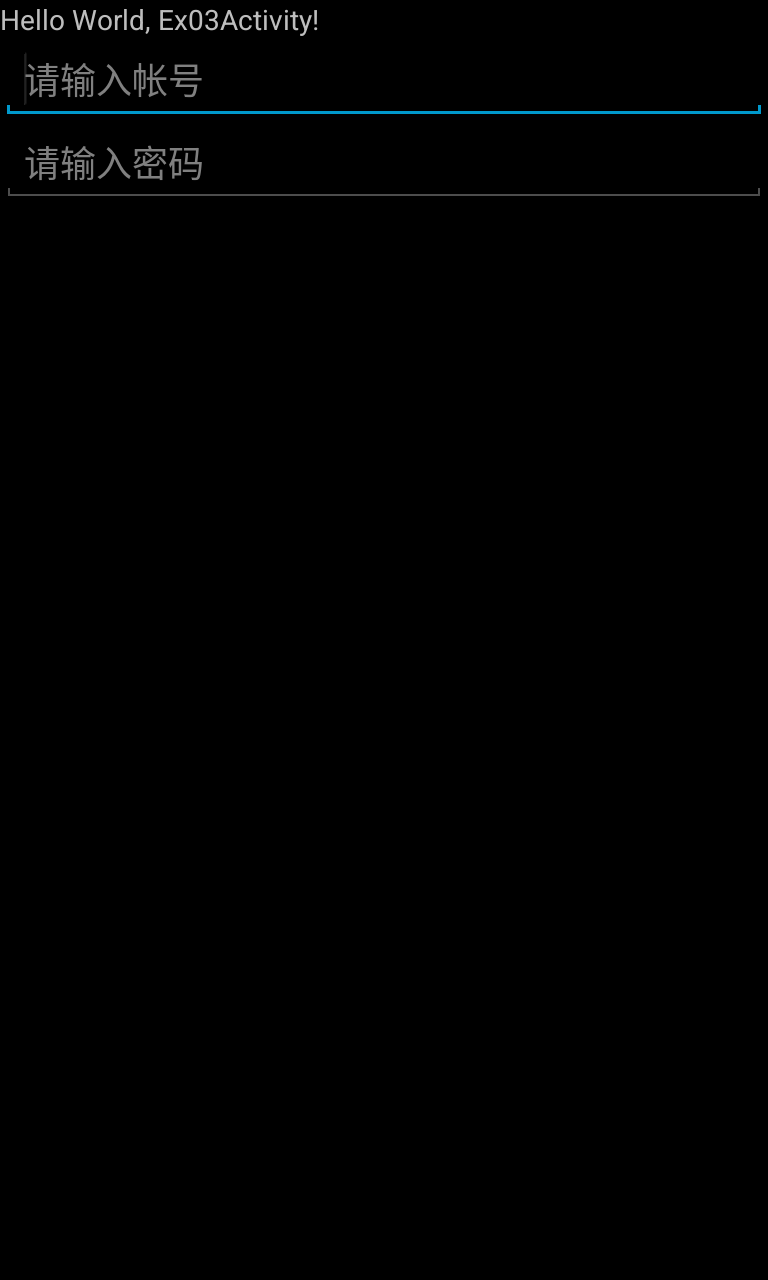
Repository: oldherokingsley/android_homework
Layout: Ex03/res/layout/main.xml
An editor plug-in stored every save of this project. The layout is shown before and after the next save, followed by the edit.
It is drawn on a 768 x 1280 px phone screen (xhdpi) without system bars, with theme android:Theme.Holo; the app's code is not run.

Above is the layout before, as saved 2012-10-16 09:43:02.

### Ex03/res/layout/main.xml
<?xml version="1.0" encoding="utf-8"?>
<LinearLayout xmlns:android="http://schemas.android.com/apk/res/android"
    android:layout_width="fill_parent"
    android:layout_height="fill_parent"
    android:orientation="vertical" >

    <TextView
        android:layout_width="fill_parent"
        android:layout_height="wrap_content"
        android:text="@string/hello"
        android:id="@+id/text"    />

    <EditText
        android:id="@+id/editText1"
        android:layout_width="match_parent"
        android:layout_height="wrap_content"
        android:ems="10"
        android:inputType="textPersonName"
        android:hint="请输入帐号">

        <requestFocus />
    </EditText>

    <EditText
        android:id="@+id/editText2"
        android:layout_width="match_parent"
        android:layout_height="wrap_content"
        android:ems="10"
        android:inputType="textPassword"
        android:hint="请输入密码"/>

    <LinearLayout
        android:layout_width="match_parent"
        android:layout_height="wrap_content" >

        <ImageButton
            android:id="@+id/imageButton1"
            android:layout_width="164dp"
            android:layout_height="65 px"
            android:src="@android:drawable/btn_star"
            android:onClick="iamgeButtonClick" />

        <Button
            android:id="@+id/button2"
            android:layout_width="match_parent"
            android:layout_height="65 px"
            android:text="重置"
            android:onClick="cleanBtnClick"/>

    </LinearLayout>

</LinearLayout>

### Ex03/res/values/strings.xml
<?xml version="1.0" encoding="utf-8"?>
<resources>

    <string name="hello">Hello World, Ex03Activity!</string>
    <string name="app_name">Ex03</string>

</resources>

After the next save:
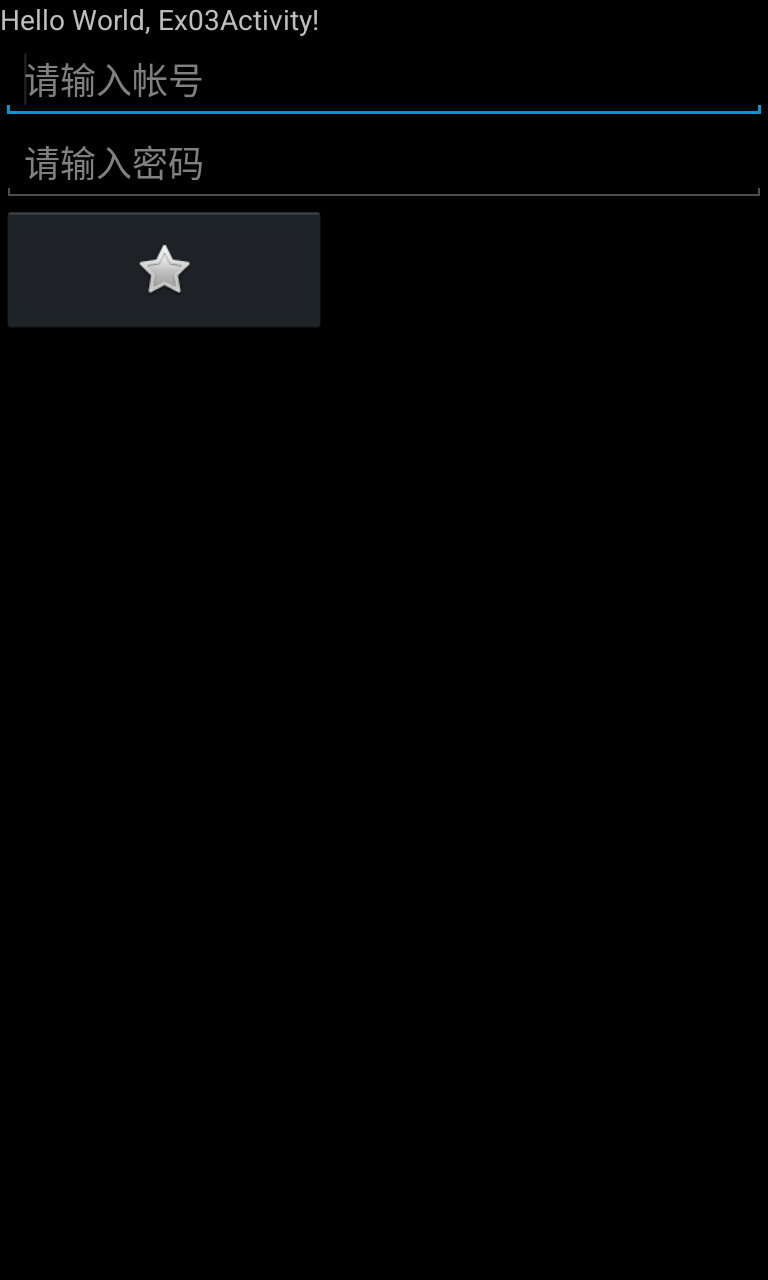
Saved 12 s later.
--- a/Ex03/res/layout/main.xml
+++ b/Ex03/res/layout/main.xml
@@ -36,14 +36,14 @@
         <ImageButton
             android:id="@+id/imageButton1"
             android:layout_width="164dp"
-            android:layout_height="65 px"
+            android:layout_height="65dp"
             android:src="@android:drawable/btn_star"
             android:onClick="iamgeButtonClick" />
 
         <Button
             android:id="@+id/button2"
             android:layout_width="match_parent"
-            android:layout_height="65 px"
+            android:layout_height="65pd"
             android:text="重置"
             android:onClick="cleanBtnClick"/>
 
